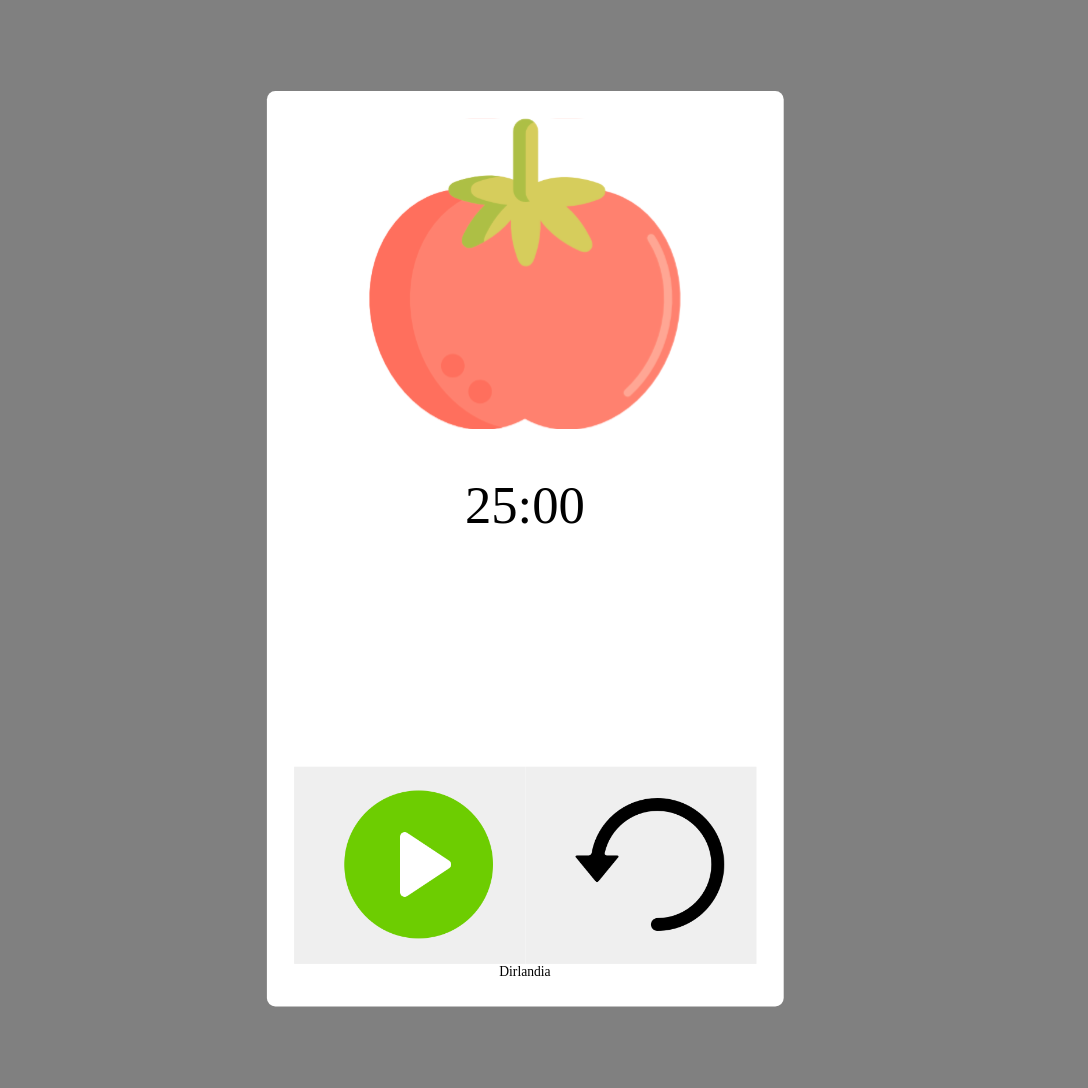
Repository: Dirlandia404/pomodoro
Page: /
An editor plug-in stored every save of this project. The page is shown before and after the next save, followed by the edit.
The browser window is 1280 px wide. The pictures show the whole page, at 85% of full size.
The project was rebuilt for these pictures with package versions that can differ from the ones it lists, and the page was loaded fresh each time.

Above is the page before, as saved 2021-11-25 10:38:22.

After the next save:
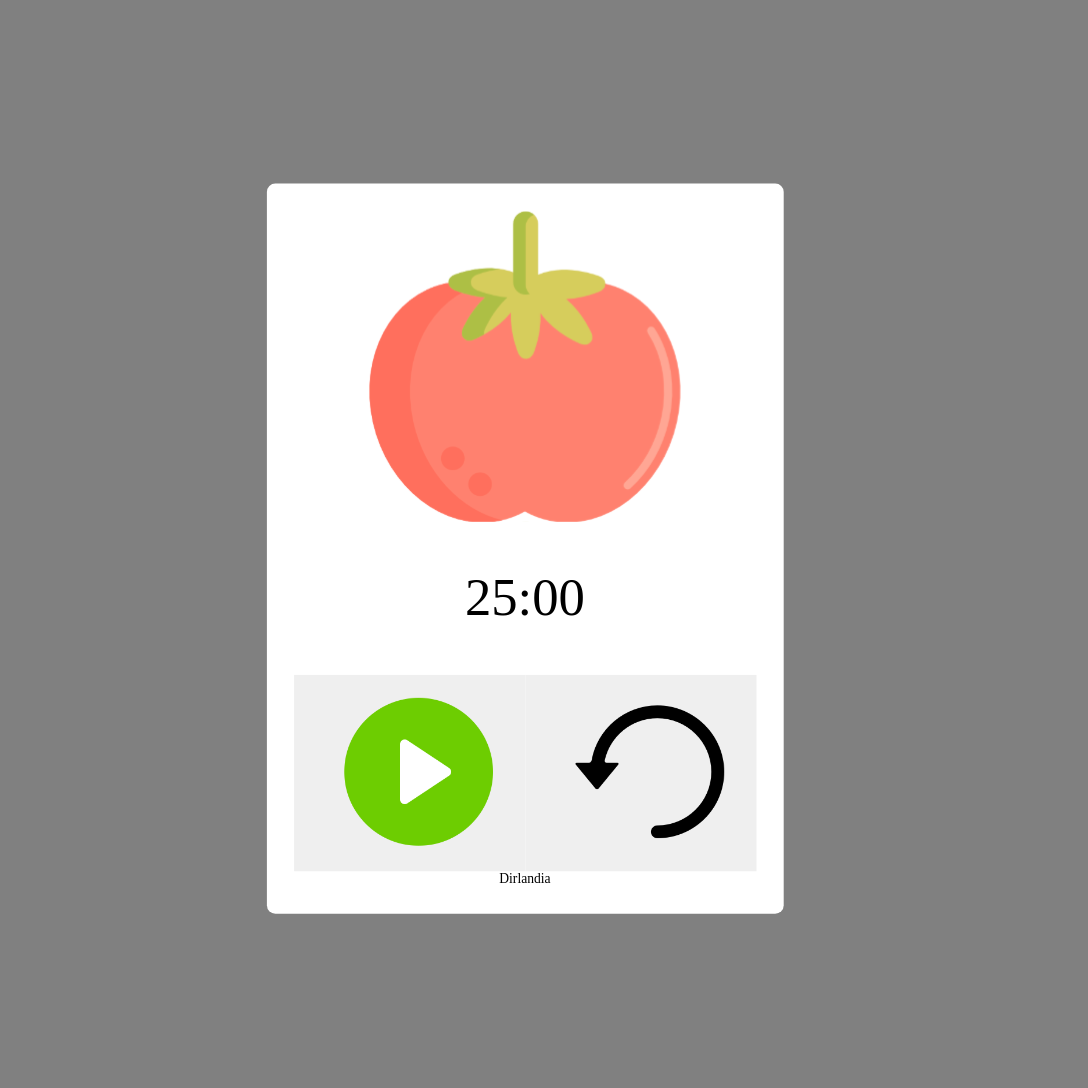
Saved 22 s later.
--- a/src/componentes/componente.css
+++ b/src/componentes/componente.css
@@ -46,6 +46,5 @@ div.butoes{
 }
 button{
     padding: 5%;
-    margin-top: 40%;
     width: 50%;
 }
